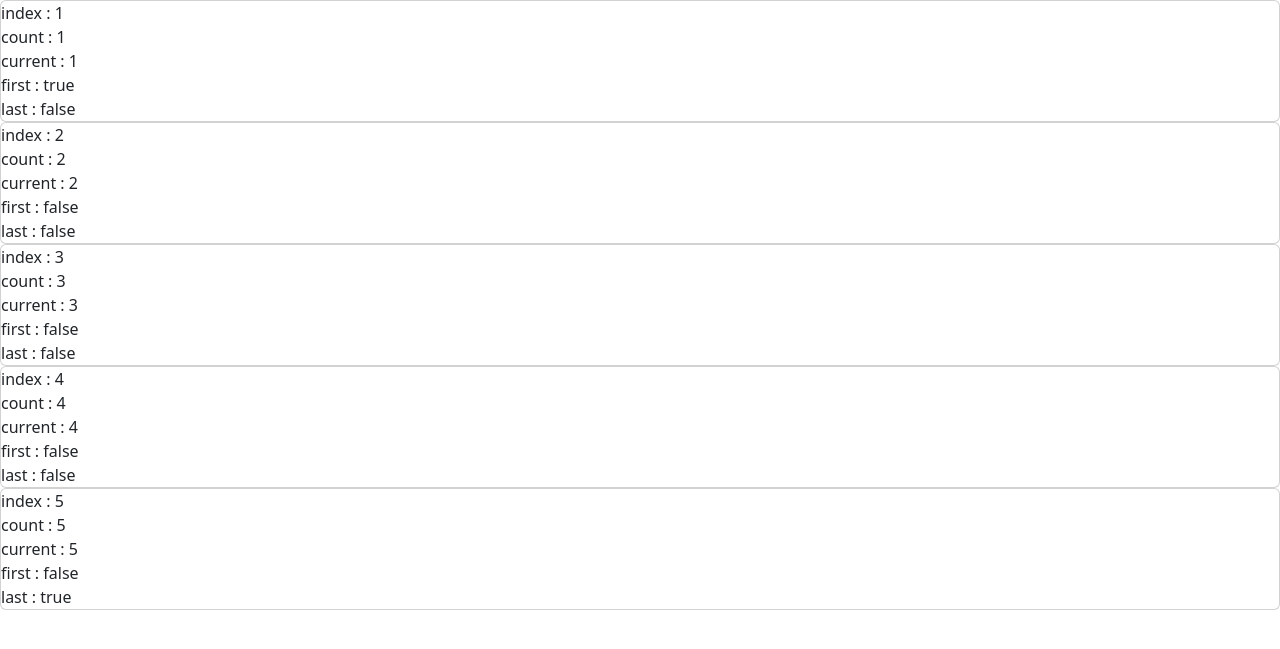
Repository: JJinBBangg/JSP
Page: http://localhost/jsp/ch12/lecture/03forEach/22varStatus.jsp
The author's editor kept a copy of each file at every save. The page is drawn from the files as they stood at one save, then again after the next save.
The browser window is 1280 px wide. The pictures show the whole page.
The page is served by Tomcat 9. Other server files are loaded and not shown.

Above is the page before, as saved 2023-04-05 06:38:30.

### jsp/src/main/webapp/ch12/lecture/03forEach/22varStatus.jsp
<%@ page language="java" contentType="text/html; charset=UTF-8"
    pageEncoding="UTF-8"%>
<%@ page import="java.util.*"%>
<%@ taglib uri="http://java.sun.com/jsp/jstl/core" prefix="c"%>
<!DOCTYPE html>
<html>
<head>
<meta charset="UTF-8">
<meta name="viewport" content="width=device-width, initial-scale=1">
<title>Insert title here</title>
<link href="https://cdn.jsdelivr.net/npm/bootstrap@5.3.0-alpha3/dist/css/bootstrap.min.css" rel="stylesheet" integrity="sha384-KK94CHFLLe+nY2dmCWGMq91rCGa5gtU4mk92HdvYe+M/SXH301p5ILy+dN9+nJOZ" crossorigin="anonymous">
</head>
<body>
	<c:forEach begin="1" end="5" varStatus="stat">
		<div class="card">
			<div>index : ${stat.index }</div>
			<div>count : ${stat.count }</div>
			<div>current : ${stat.current }</div>
			<div>first : ${stat.first }</div>
			<div>last : ${stat.last }</div>
		</div>
	</c:forEach>


<script src="https://cdn.jsdelivr.net/npm/bootstrap@5.3.0-alpha3/dist/js/bootstrap.bundle.min.js" integrity="sha384-ENjdO4Dr2bkBIFxQpeoTz1HIcje39Wm4jDKdf19U8gI4ddQ3GYNS7NTKfAdVQSZe" crossorigin="anonymous"></script>
</body>
</html>

After the next save:
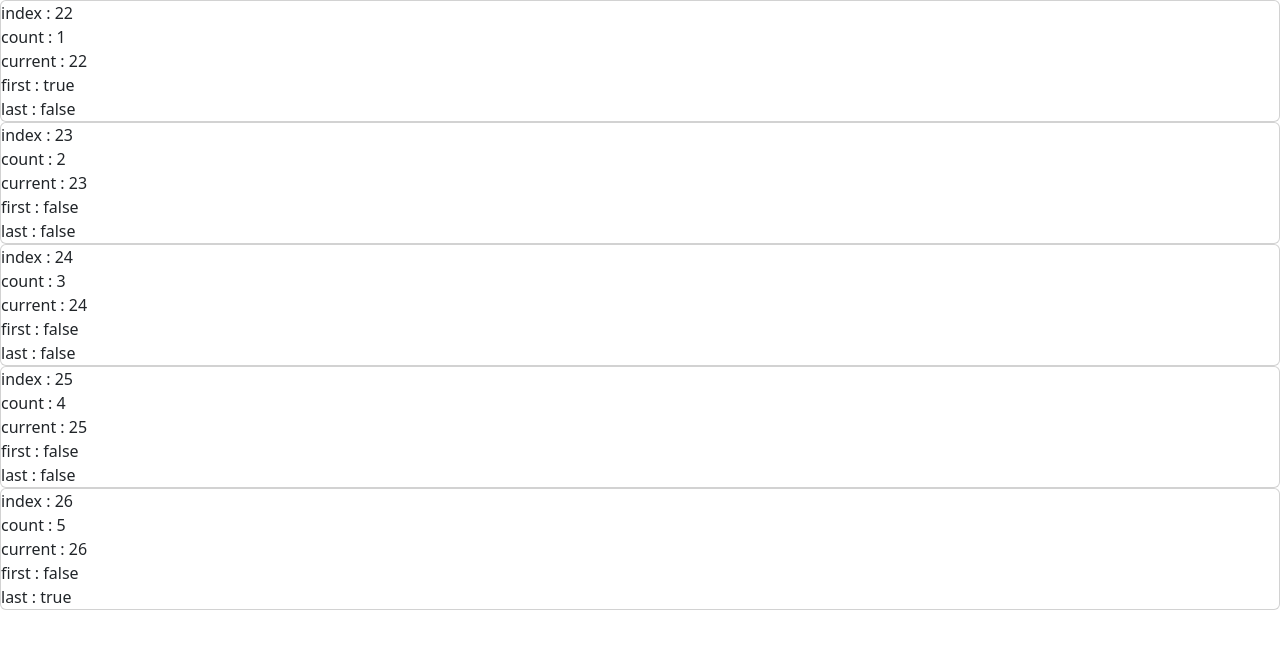
Saved 24 s later.
--- a/jsp/src/main/webapp/ch12/lecture/03forEach/22varStatus.jsp
+++ b/jsp/src/main/webapp/ch12/lecture/03forEach/22varStatus.jsp
@@ -11,7 +11,7 @@
 <link href="https://cdn.jsdelivr.net/npm/bootstrap@5.3.0-alpha3/dist/css/bootstrap.min.css" rel="stylesheet" integrity="sha384-KK94CHFLLe+nY2dmCWGMq91rCGa5gtU4mk92HdvYe+M/SXH301p5ILy+dN9+nJOZ" crossorigin="anonymous">
 </head>
 <body>
-	<c:forEach begin="1" end="5" varStatus="stat">
+	<c:forEach begin="22" end="26" varStatus="stat">
 		<div class="card">
 			<div>index : ${stat.index }</div>
 			<div>count : ${stat.count }</div>
